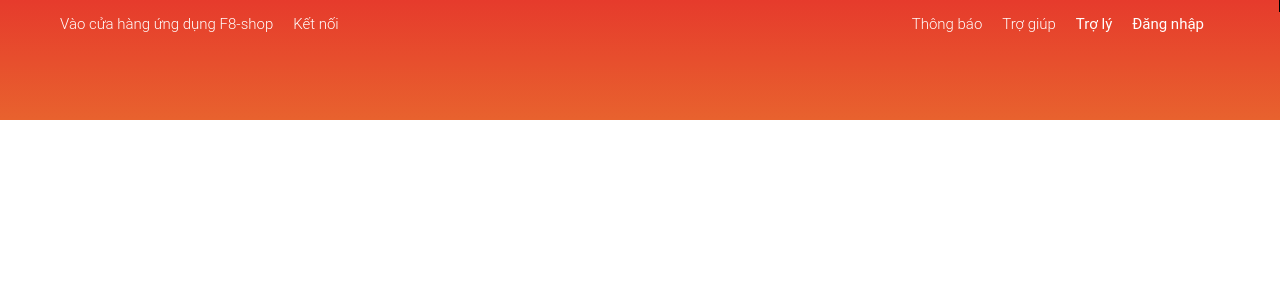
Repository: ly12345680/Product
Page: web_Shopee_responsive/index.html
The author's editor kept a copy of each file at every save. The page is drawn from the files as they stood at one save, then again after the next save.
The browser window is 1280 px wide. The pictures show the whole page.

Above is the page before, as saved 2021-07-27 15:30:44.

After the next save:
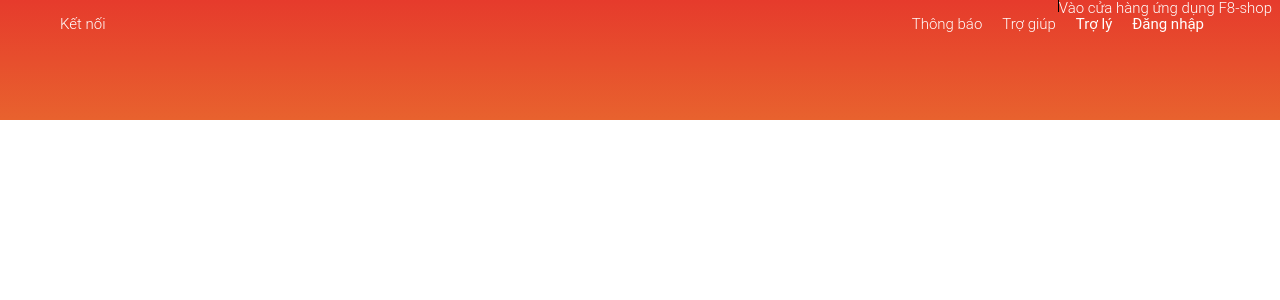
Saved 3 min 9 s later.
--- a/web_Shopee_responsive/assets/css/main.css
+++ b/web_Shopee_responsive/assets/css/main.css
@@ -24,7 +24,7 @@
 .header__navbar-item--strong {
     font-weight: 400;
 }
-.header__navbar-item--separate::after {
+.header__navbar-item--separate {
     content: "";
     display: inline-block;
     position: absolute;

After the 2 saves that followed:
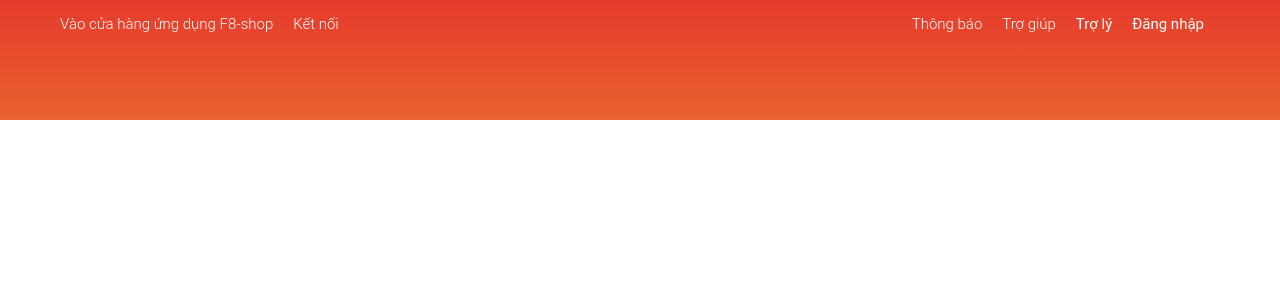
The 2 saves are shown as one change because 1 left the picture as it was.
The last was saved 21 s later.
--- a/web_Shopee_responsive/assets/css/main.css
+++ b/web_Shopee_responsive/assets/css/main.css
@@ -25,12 +25,6 @@
     font-weight: 400;
 }
 .header__navbar-item--separate {
-    content: "";
-    display: inline-block;
-    position: absolute;
-    border-left: 1px solid black;
-    height: 12px;
-    right: 0;
-    top: 0;
+
 
 }
